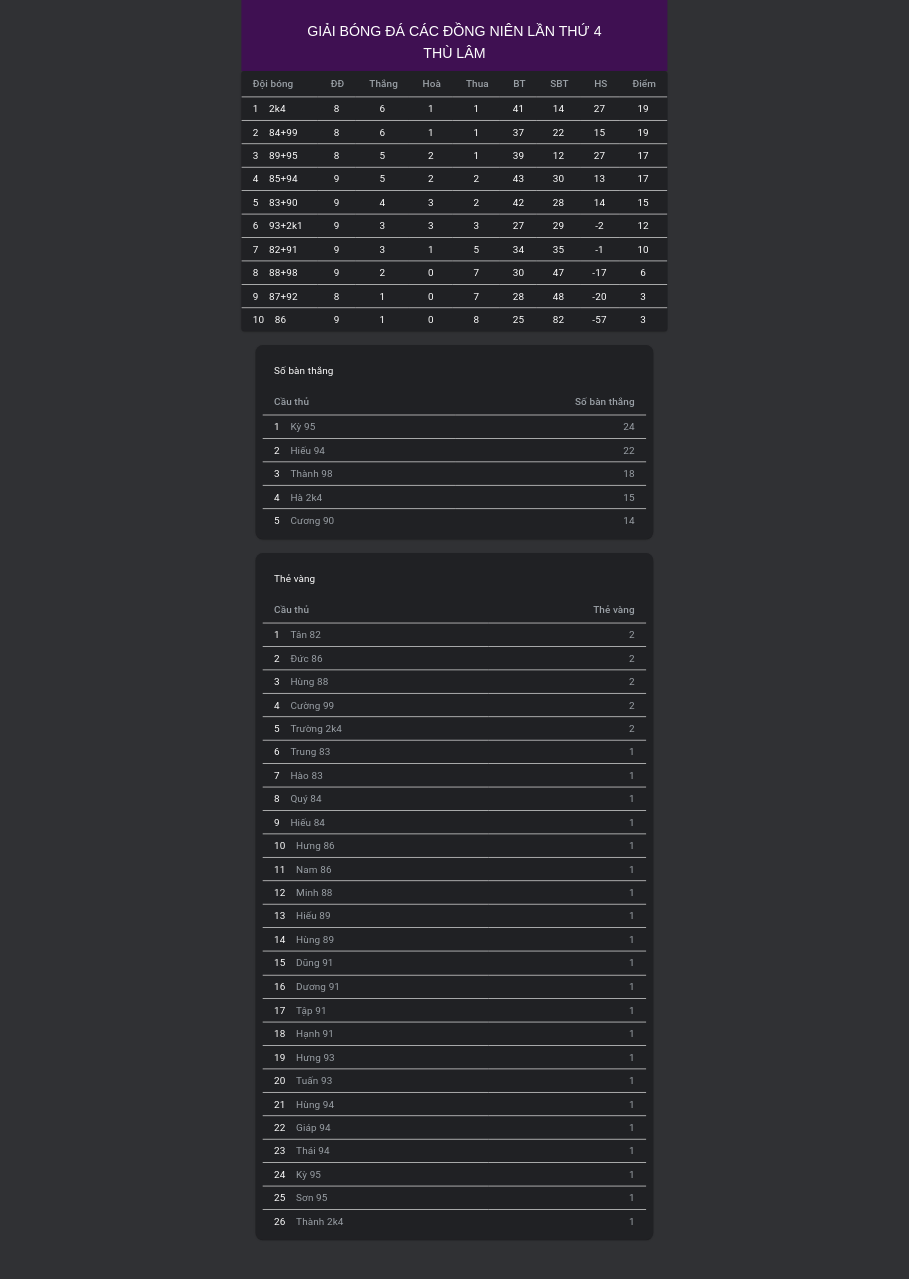
Repository: tuan842001/thulam
Page: /
These files come from the project's save history. The page is drawn as it stood at one moment and after the next save; the edit follows.
The browser window is 1280 px wide. The pictures show the whole page, at 71% of full size.
The project was rebuilt for these pictures with package versions that can differ from the ones it lists, and the page was loaded fresh each time.

Above is the page before, as saved 2022-01-11 15:57:53.

After the next save:
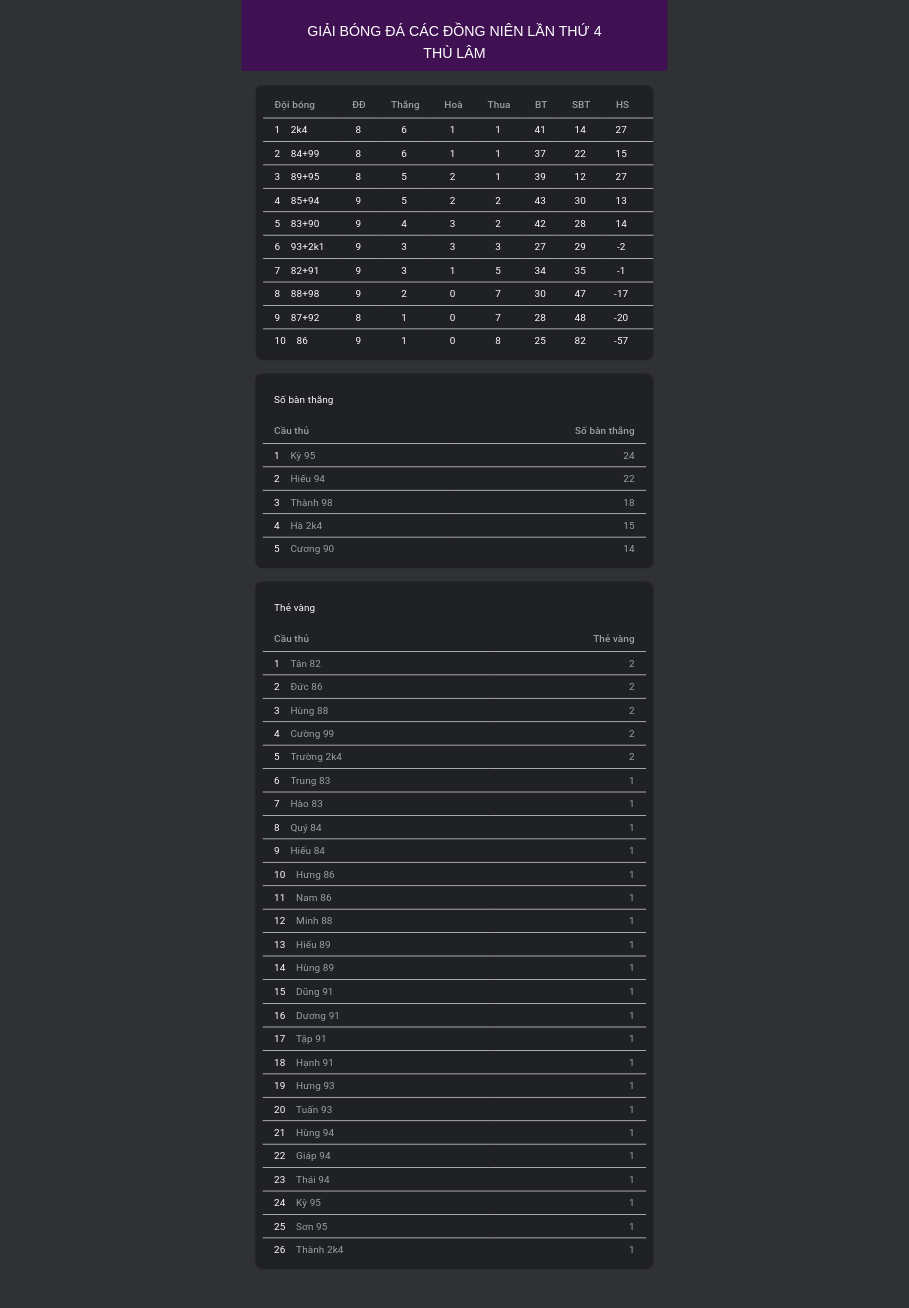
Saved 14 s later.
--- a/src/pages/userList/UserList.jsx
+++ b/src/pages/userList/UserList.jsx
@@ -50,7 +50,14 @@ export default function UserList() {
   return (
     <TableContainer
       component={Paper}
-      style={{ backgroundColor: "#202124", color: "#FFFF" }}
+      style={{
+        backgroundColor: "#202124",
+        color: "#FFFF",
+        margin: "20px",
+        width: "560px",
+        borderRadius: "10px",
+        padding: "10px",
+      }}
     >
       <Table sx={{ minWidth: 600 }} size="small" aria-label="a dense table">
         <TableHead>
